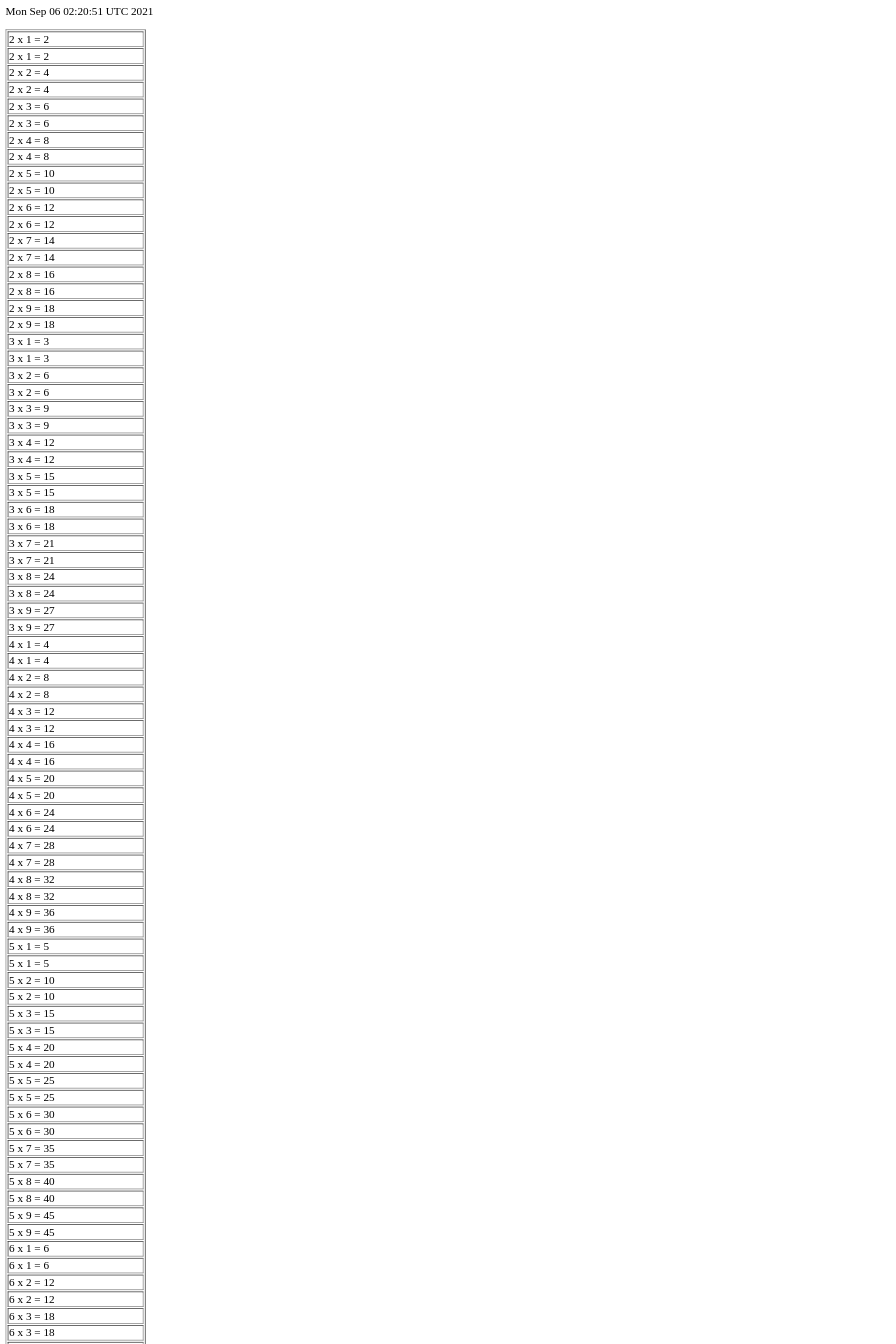
Repository: soobin10236/Class
Page: http://localhost/Web10/
An editor plug-in stored every save of this project. The page is shown before and after the next save, followed by the edit.
The browser window is 1280 px wide. The pictures show the part of the page from y = 0 to 1920 px (the page is 3510 px tall before and 1782 px after), at 70% of full size.
The page is served by Tomcat 9.

Above is the page before, as saved 2021-09-08 02:56:50.

After the next save:
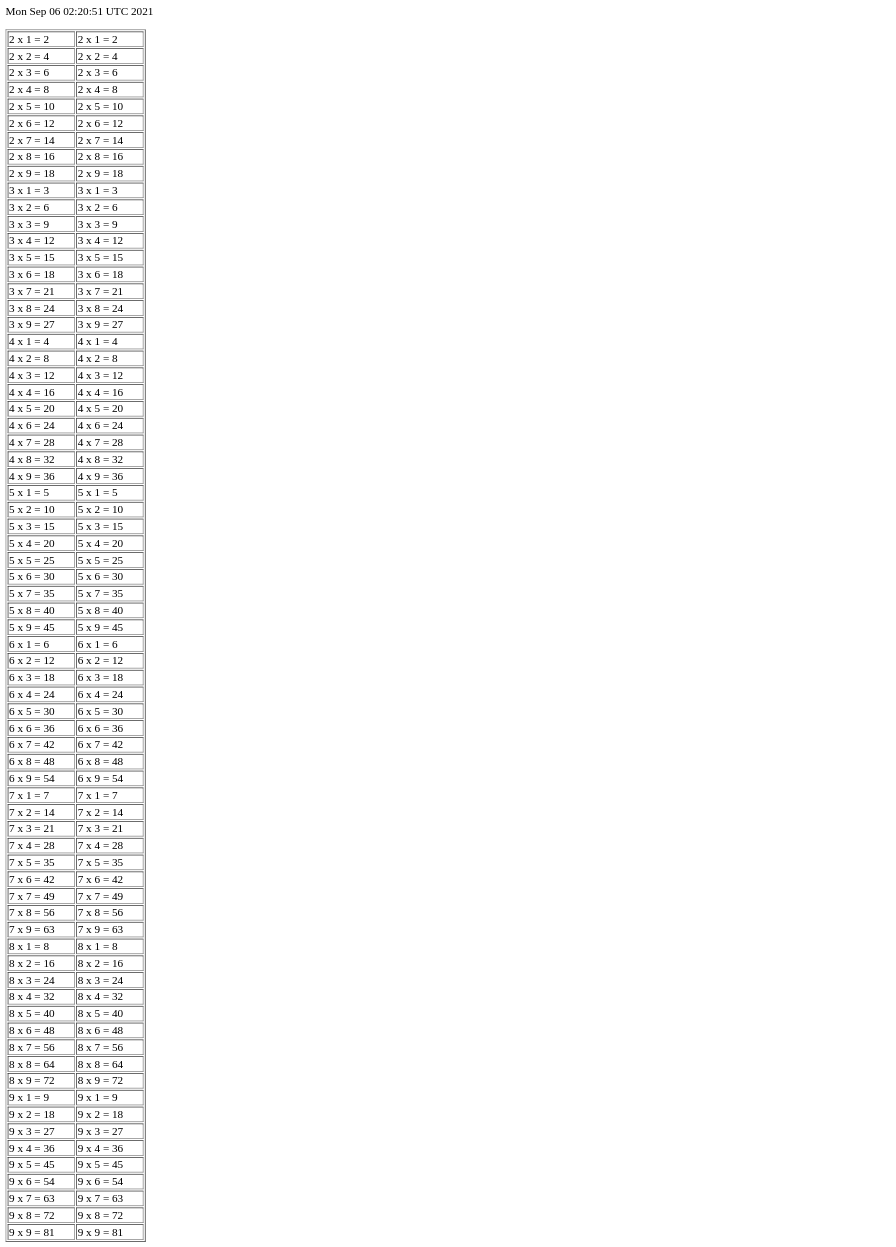
Saved 15 s later.
--- a/Web10/src/main/webapp/index.jsp
+++ b/Web10/src/main/webapp/index.jsp
@@ -31,9 +31,8 @@
 	%>
 		<tr>
 			<td><%=i+1%> x <%=j %> = <%= (i+1)*j %></td>
-		</tr>
-		<tr>
 			<td><%=i+1%> x <%=j %> = <%= (i+1)*j %></td>
+
 		</tr>
 	<%
 		}%>
